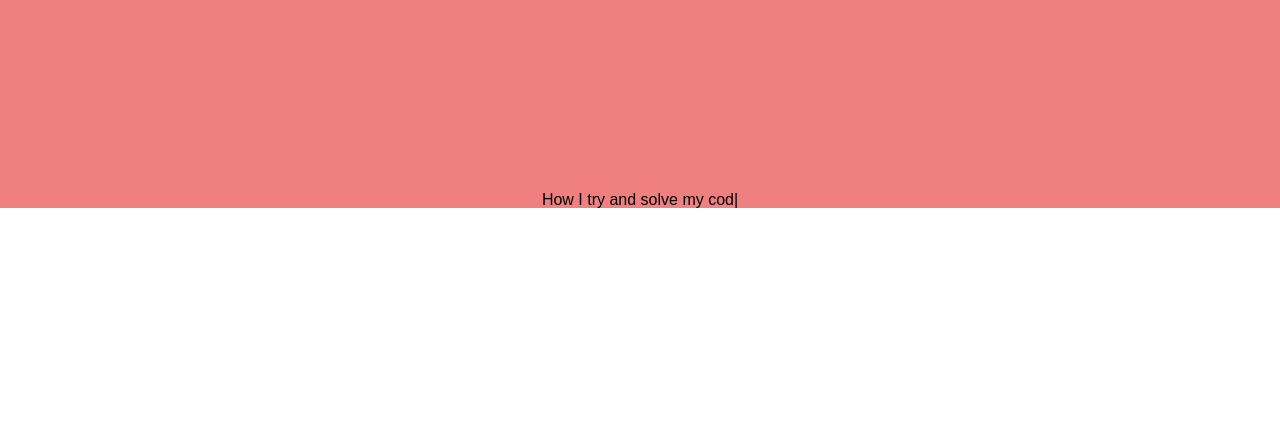
Repository: chashoff/portfolio-winner
Page: /blog (app in reactjs/)
An editor plug-in stored every save of this project. The page is shown before and after the next save, followed by the edit.
The browser window is 1280 px wide. The pictures show the whole page.
The project was rebuilt for these pictures with package versions that can differ from the ones it lists, and the page was loaded fresh each time. Also part of the build but not shown: reactjs/src/styles/Home.css, reactjs/src/components/gridItem/index.js, reactjs/src/components/social/index.css, reactjs/src/components/social/index.js, reactjs/src/views/Home.js, reactjs/src/views/About.js, reactjs/src/views/Projects.js, reactjs/src/views/Contact.js.

Above is the page before, as saved 2020-05-24 00:44:55.

After the next save:
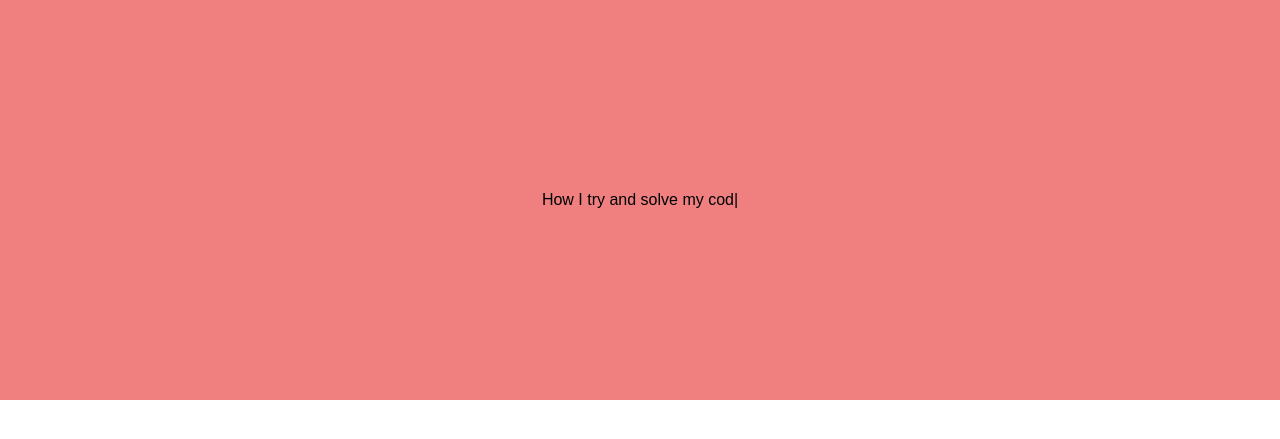
Saved 5 s later.
--- a/reactjs/src/styles/Blog.css
+++ b/reactjs/src/styles/Blog.css
@@ -2,5 +2,5 @@
     background-color: lightcoral;
 }
 .typed-js {
-    margin-top: 12em;
+    margin: 12em;
 }
